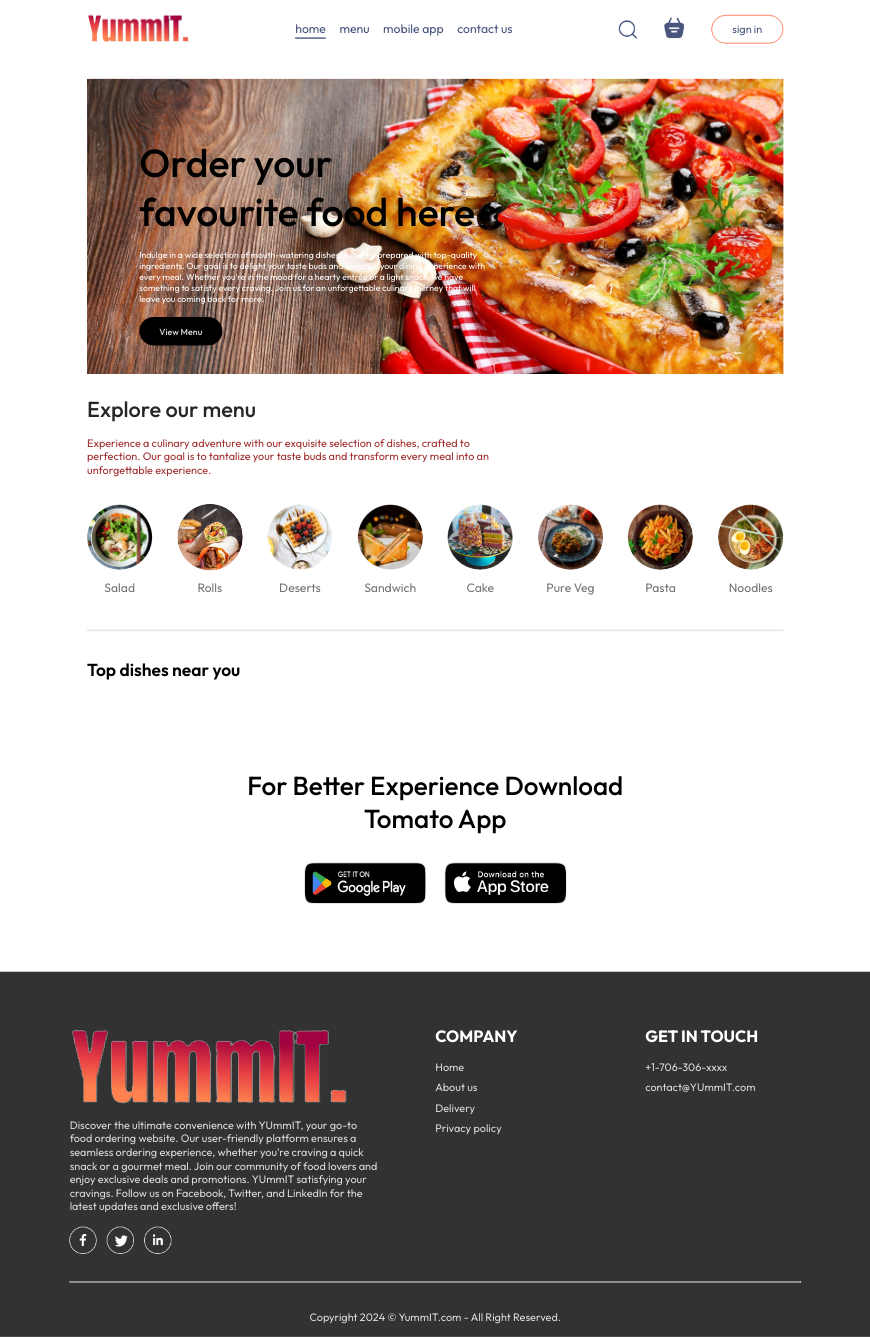
Repository: RiteshDumpala/FoodDelivery_website
Page: / (app in food-del/frontend/)
An editor plug-in stored every save of this project. The page is shown before and after the next save, followed by the edit.
The browser window is 1280 px wide. The pictures show the whole page, at 68% of full size.
The page's requests for data from a server got no answer. The project was rebuilt for these pictures with package versions that can differ from the ones it lists, and the page was loaded fresh each time. No one was signed in, and anything a server would have sent is missing. Also part of the build but not shown: food-del/frontend/vite.config.js, food-del/frontend/src/components/FoodItem/FoodItem.css, food-del/frontend/src/components/FoodItem/FoodItem.jsx, food-del/frontend/src/pages/Cart/Cart.css, food-del/frontend/src/pages/Cart/Cart.jsx, food-del/frontend/src/components/LoginPopup/LoginPopup.css, food-del/frontend/src/components/LoginPopup/LoginPopup.jsx, food-del/frontend/src/pages/PlaceOrder/PlaceOrder.css and 5 more.

Above is the page before, as saved 2024-12-02 13:23:51.

### food-del/frontend/index.html
<!doctype html>
<html lang="en">
  <head>
    <meta charset="UTF-8" />
    <link rel="icon" type="image/svg+xml" href="/vite.svg" />
    <meta name="viewport" content="width=device-width, initial-scale=1.0" />
    <title>YummIT</title>
  </head>
  <body>
    <div id="root"></div>
    <script type="module" src="/src/main.jsx"></script>
  </body>
</html>

### food-del/frontend/src/Context/StoreContext.jsx
import { createContext, useEffect, useState } from "react";
import { food_list, menu_list } from "../assets/assets";
import axios from "axios";
export const StoreContext = createContext(null);

const StoreContextProvider = (props) => {

    const url = "http://localhost:4000"
    const [food_list, setFoodList] = useState([]);
    const [cartItems, setCartItems] = useState({});
    const [token, setToken] = useState("")
    const currency = "$";
    const deliveryCharge = 5;

    const addToCart = async (itemId) => {
        if (!cartItems[itemId]) {
            setCartItems((prev) => ({ ...prev, [itemId]: 1 }));
        }
        else {
            setCartItems((prev) => ({ ...prev, [itemId]: prev[itemId] + 1 }));
        }
        if (token) {
            await axios.post(url + "/api/cart/add", { itemId }, { headers: { token } });
        }
    }

    const removeFromCart = async (itemId) => {
        setCartItems((prev) => ({ ...prev, [itemId]: prev[itemId] - 1 }))
        if (token) {
            await axios.post(url + "/api/cart/remove", { itemId }, { headers: { token } });
        }
    }

    const getTotalCartAmount = () => {
        let totalAmount = 0;
        for (const item in cartItems) {
            try {
              if (cartItems[item] > 0) {
                let itemInfo = food_list.find((product) => product._id === item);
                totalAmount += itemInfo.price * cartItems[item];
            }
            } catch (error) {

            }

        }
        return totalAmount;
    }

    const fetchFoodList = async () => {
        const response = await axios.get(url + "/api/food/list");
        setFoodList(response.data.data)
    }

    const loadCartData = async (token) => {
        const response = await axios.post(url + "/api/cart/get", {}, { headers: token });
        setCartItems(response.data.cartData);
    }

    useEffect(() => {
        async function loadData() {
            await fetchFoodList();
            if (localStorage.getItem("token")) {
                setToken(localStorage.getItem("token"))
                await loadCartData({ token: localStorage.getItem("token") })
            }
        }
        loadData()
    }, [])

    const contextValue = {
        url,
        food_list,
        menu_list,
        cartItems,
        addToCart,
        removeFromCart,
        getTotalCartAmount,
        token,
        setToken,
        loadCartData,
        setCartItems,
        currency,
        deliveryCharge
    };

    return (
        <StoreContext.Provider value={contextValue}>
            {props.children}
        </StoreContext.Provider>
    )

}

export default StoreContextProvider;

### food-del/frontend/src/components/Footer/Footer.jsx
import React from 'react'
import './Footer.css'
import { assets } from '../../assets/assets'

const Footer = () => {
  return (
    <div className='footer' id='footer'>
      <div className="footer-content">
        <div className="footer-content-left">
            <img src={assets.logo} alt="" />
            <p>Discover the ultimate convenience with YUmmIT, your go-to food ordering website. Our user-friendly platform ensures a seamless ordering experience, whether you're craving a quick snack or a gourmet meal. Join our community of food lovers and enjoy exclusive deals and promotions. YUmmIT satisfying your cravings.
            Follow us on Facebook, Twitter, and LinkedIn for the latest updates and exclusive offers!
            </p>
            <div className="footer-social-icons">
                <img src={assets.facebook_icon} alt="" />
                <img src={assets.twitter_icon} alt="" />
                <img src={assets.linkedin_icon} alt="" />
            </div>
        </div>
        <div className="footer-content-center">
            <h2>COMPANY</h2>
            <ul>
                <li>Home</li>
                <li>About us</li>
                <li>Delivery</li>
                <li>Privacy policy</li>
            </ul>
        </div>
        <div className="footer-content-right">
            <h2>GET IN TOUCH</h2>
            <ul>
                <li>+1-706-306-xxxx</li>
                <li>contact@YUmmIT.com</li>
            </ul>
        </div>
      </div>
      <hr />
      <p className="footer-copyright">Copyright 2024 © YummIT.com - All Right Reserved.</p>
    </div>
  )
}

export default Footer

### food-del/frontend/src/components/Navbar/Navbar.jsx
import React, { useContext, useEffect, useState } from 'react'
import './Navbar.css'
import { assets } from '../../assets/assets'
import { Link, useNavigate } from 'react-router-dom'
import { StoreContext } from '../../Context/StoreContext'

const Navbar = ({ setShowLogin }) => {

  const [menu, setMenu] = useState("home");
  const { getTotalCartAmount, token ,setToken } = useContext(StoreContext);
  const navigate = useNavigate();

  const logout = () => {
    localStorage.removeItem("token");
    setToken("");
    navigate('/')
  }

  return (
    <div className='navbar'>
      <Link to='/'><img className='logo' src={assets.logo} alt="" /></Link>
      <ul className="navbar-menu">
        <Link to="/" onClick={() => setMenu("home")} className={`${menu === "home" ? "active" : ""}`}>home</Link>
        <a href='#explore-menu' onClick={() => setMenu("menu")} className={`${menu === "menu" ? "active" : ""}`}>menu</a>
        <a href='#app-download' onClick={() => setMenu("mob-app")} className={`${menu === "mob-app" ? "active" : ""}`}>mobile app</a>
        <a href='#footer' onClick={() => setMenu("contact")} className={`${menu === "contact" ? "active" : ""}`}>contact us</a>
      </ul>
      <div className="navbar-right">
        <img src={assets.search_icon} alt="" />
        <Link to='/cart' className='navbar-search-icon'>
          <img src={assets.basket_icon} alt="" />
          <div className={getTotalCartAmount() > 0 ? "dot" : ""}></div>
        </Link>
        {!token ? <button onClick={() => setShowLogin(true)}>sign in</button>
          : <div className='navbar-profile'>
            <img src={assets.profile_icon} alt="" />
            <ul className='navbar-profile-dropdown'>
              <li onClick={()=>navigate('/myorders')}> <img src={assets.bag_icon} alt="" /> <p>Orders</p></li>
              <hr />
              <li onClick={logout}> <img src={assets.logout_icon} alt="" /> <p>Logout</p></li>
            </ul>
          </div>
        }

      </div>
    </div>
  )
}

export default Navbar

### food-del/frontend/src/components/Header/Header.jsx
import React from 'react'
import './Header.css'

const Header = () => {
    return (
        <div className='header'>
            <div className='header-contents'>
                <h2>Order your favourite food here</h2>
                <p>Indulge in a wide selection of mouth-watering dishes, expertly prepared with top-quality ingredients. Our goal is to delight your taste buds and enhance your dining experience with every meal. Whether you're in the mood for a hearty entrée or a light snack, we have something to satisfy every craving. Join us for an unforgettable culinary journey that will leave you coming back for more.</p>
                <button>View Menu</button>
            </div>
        </div>
    )
}

export default Header

### food-del/frontend/src/components/ExploreMenu/ExploreMenu.jsx
import React, { useContext } from 'react'
import './ExploreMenu.css'
import { StoreContext } from '../../Context/StoreContext'

const ExploreMenu = ({category,setCategory}) => {

  const {menu_list} = useContext(StoreContext);

  return (
    <div className='explore-menu' id='explore-menu'>
      <h1>Explore our menu</h1>
      <p className='explore-menu-text'>Experience a culinary adventure with our exquisite selection of dishes, crafted to perfection. Our goal is to tantalize your taste buds and transform every meal into an unforgettable experience.</p>
      <div className="explore-menu-list">
        {menu_list.map((item,index)=>{
            return (
                <div onClick={()=>setCategory(prev=>prev===item.menu_name?"All":item.menu_name)} key={index} className='explore-menu-list-item'>
                    <img src={item.menu_image} className={category===item.menu_name?"active":""} alt="" />
                    <p>{item.menu_name}</p>
                </div>
            )
        })}
      </div>
      <hr />
    </div>
  )
}

export default ExploreMenu

### food-del/frontend/src/components/FoodDisplay/FoodDisplay.jsx
import React, { useContext } from 'react'
import './FoodDisplay.css'
import FoodItem from '../FoodItem/FoodItem'
import { StoreContext } from '../../Context/StoreContext'

const FoodDisplay = ({category}) => {

  const {food_list} = useContext(StoreContext);

  return (
    <div className='food-display' id='food-display'>
      <h2>Top dishes near you</h2>
      <div className='food-display-list'>
        {food_list.map((item)=>{
          if (category==="All" || category===item.category) {
            return <FoodItem key={item._id} image={item.image} name={item.name} desc={item.description} price={item.price} id={item._id}/>
          }
        })}
      </div>
    </div>
  )
}

export default FoodDisplay

### food-del/frontend/src/components/Footer/Footer.css
.footer{
    color: #D9D9D9;
    background-color: #323232;
    display: flex;
    flex-direction: column;
    align-items: center;
    gap: 20px;
    padding: 20px 8vw;
    padding-top: 80px;
}
.footer-content{
    width: 100%;
    display: grid;
    grid-template-columns: 2fr 1fr 1fr;
    gap: 80px;
}
.footer-content-left , .footer-content-center , .footer-content-right {
    display: flex;
    flex-direction: column;
    align-items: start;
    gap: 20px;
}
.footer-content-left ul li, .footer-content-center ul li, .footer-content-right ul li{
    margin-bottom: 10px;
    list-style: none;
}
.footer-content-left h2, .footer-content-center h2, .footer-content-right h2{
    color: white;
}
.footer-social-icons img{
    width: 40px;
}
.footer-social-icons{
    display: flex;
    gap: 15px;
}
.footer li{
    cursor: pointer;
}
.footer hr{
    width: 100%;
    height: 2px;
    margin: 20px 0px;
}
@media (max-width:750px) {
    .footer-content{
        display: flex;
        flex-direction: column;
        gap: 35px;
    }
    .footer-copyright{
        text-align: center;
    }
}

### food-del/frontend/src/components/Navbar/Navbar.css
.navbar {
    padding: 20px 0px;
    display: flex;
    justify-content: space-between;
    align-items: center;
}

.navbar .logo {
    width: 150px;
}

.navbar-menu {
    display: flex;
    list-style: none;
    gap: 20px;
    color: #49557E;
    font-size: 18px;
}

.navbar-menu .active {
    padding-bottom: 2px;
    border-bottom: 2px solid #49557E;
}

.navbar-right {
    display: flex;
    align-items: center;
    gap: 40px;
}

.navbar-search-icon{
position: relative;
}

.navbar-search-icon .dot{
    position: absolute;
    min-width: 10px;
    min-height: 10px;
    background-color: #FF4C24;
    border-radius: 5px;
    top: -8px;
    right: -8px;
}

.navbar-right button {
    background: transparent;
    font-size: 16px;
    color: #49557E;
    border: 1px solid #FF4C24;
    padding: 10px 30px;
    border-radius: 50px;
    cursor: pointer;
    transition: 0.3s;
}

.navbar-right button:hover {
    background: #fff4f2;
}

.navbar-profile{
    position: relative;

}
.navbar-profile-dropdown{
    position: absolute;
    display: none;
    right: 0;
    z-index: 1;
}
.navbar-profile-dropdown li{
    display: flex;
    align-items: center;
    gap: 10px;
    cursor: pointer;
}
.navbar-profile-dropdown img{
    width: 20px;
}
.navbar-profile-dropdown li:hover{
    color: #FF4C24;
}
.navbar-profile:hover .navbar-profile-dropdown{
    display: flex;
    flex-direction: column;
    gap: 10px;
    background-color: #fff2ef;
    padding: 12px 25px;
    border-radius: 4px;
    border: 1px solid tomato;
    outline: 2px solid white;
    list-style: none;
}
.navbar-profile hr{
    background-color: gray;
    height: 1px;
    border: none;
}
@media (max-width:1050px) {
    .navbar .logo {
        width: 140px;
    }

    .navbar-menu {
        gap: 20px;
        font-size: 17px;
    }

    .navbar-right {
        gap: 30px;
    }

    .navbar-right img {
        width: 22px;
    }

    .navbar-right button {
        padding: 8px 25px;
    }
}

@media (max-width:900px) {
    .navbar .logo {
        width: 120px;
    }

    .navbar-menu {
        gap: 15px;
        font-size: 16px;
    }

    .navbar-right {
        gap: 20px;
    }

    .navbar-right img {
        width: 20px;
    }

    .navbar-right button {
        font-size: 15px;
        padding: 7px 20px;
    }
}

@media (max-width:750px) {
    .navbar-menu {
        display: none;
    }
}

### food-del/frontend/src/components/Header/Header.css
.header{
    height: 34vw;
    margin: 30px auto;
    background: url('/header_img.png') no-repeat;
    background-size:contain;
    position: relative;
}
.header-contents{
    position: absolute;
    display: flex;
    flex-direction: column;
    align-items: start;
    gap: 1.5vw;
    max-width: 50%;
    bottom: 10%;
    left: 6vw;
    animation: fadeIn 3s;
}
.header-contents h2{
    font-weight:500;
    color: black;
    font-size: max(4.5vw,22px);
}
.header-contents p{
    color: white;
    font-size: 1vw;
}
.header-contents button{
    border: none;
    color: #dadada;
    font-weight: 500;
    padding: 1vw 2.3vw;
    background: black;
    font-size: max(1vw,13px);
    border-radius: 50px;
}
@media (max-width:1050px) {
    .header{
        height: 38vw;
    }
    .header-contents{
        max-width: 45%;
    }
}
@media(max-width:750px){
    .header-contents{
        max-width: 55%;
    }
    .header-contents p{
       display: none;
    }
    .header-contents button{
        padding: 2vw 4vw;
    }
}

### food-del/frontend/src/components/ExploreMenu/ExploreMenu.css
.explore-menu{
    display: flex;
    flex-direction: column;
    gap: 20px;
}
.explore-menu h1{
    color: #262626;
    font-weight: 500;
}
.explore-menu-text{
    max-width: 60%;
    color: #a13030;
}
.explore-menu-list{
    display: flex;
    justify-content: space-between;
    align-items: center;
    gap: 30px;
    text-align: center;
    margin: 20px 0px;
    overflow-x: scroll;
}
.explore-menu-list::-webkit-scrollbar{
    display: none;
}
.explore-menu-list-item img{
    width: 7.5vw;
    min-width: 80px;
    cursor: pointer;
    border-radius: 50%;
    transition: 0.2s;
}
.explore-menu-list-item .active{
    border: 4px solid tomato;
    padding: 2px;
}
.explore-menu-list-item p{
    margin-top: 10px;
    color: #747474;
    font-size: max(1.4vw,16px);
    cursor: pointer;
}
.explore-menu hr{
    margin: 10px 0px;
    height: 2px;
    background-color: #E2E2E2;
    border: none;
}
@media (max-width:1050px) {
    .explore-menu-text{
        max-width: 100%;
        font-size: 14px;
    }
}

Loaded but not shown: food-del/frontend/src/main.jsx (common file); food-del/frontend/src/App.jsx (common file); food-del/frontend/src/index.css (common file); food-del/frontend/src/pages/Home/Home.jsx (common file); food-del/frontend/src/components/AppDownload/AppDownload.jsx (common file); food-del/frontend/src/components/FoodDisplay/FoodDisplay.css (common file); food-del/frontend/src/components/AppDownload/AppDownload.css (common file); food-del/frontend/src/assets/assets.js (354 lines, source omitted)

After the next save:
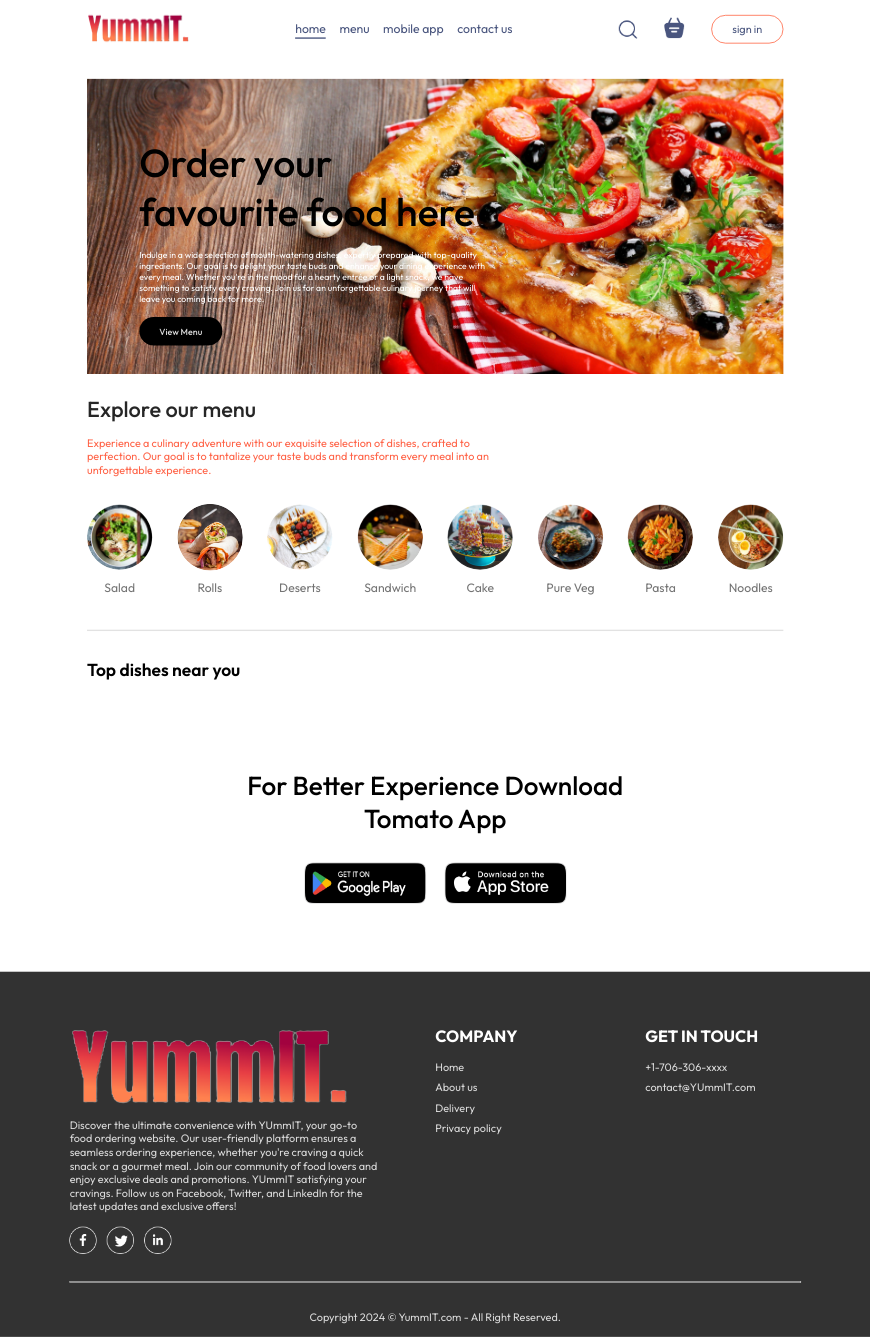
Saved 59 s later.
--- a/food-del/frontend/src/components/ExploreMenu/ExploreMenu.css
+++ b/food-del/frontend/src/components/ExploreMenu/ExploreMenu.css
@@ -9,7 +9,7 @@
 }
 .explore-menu-text{
     max-width: 60%;
-    color: #a13030;
+    color: tomato;
 }
 .explore-menu-list{
     display: flex;
